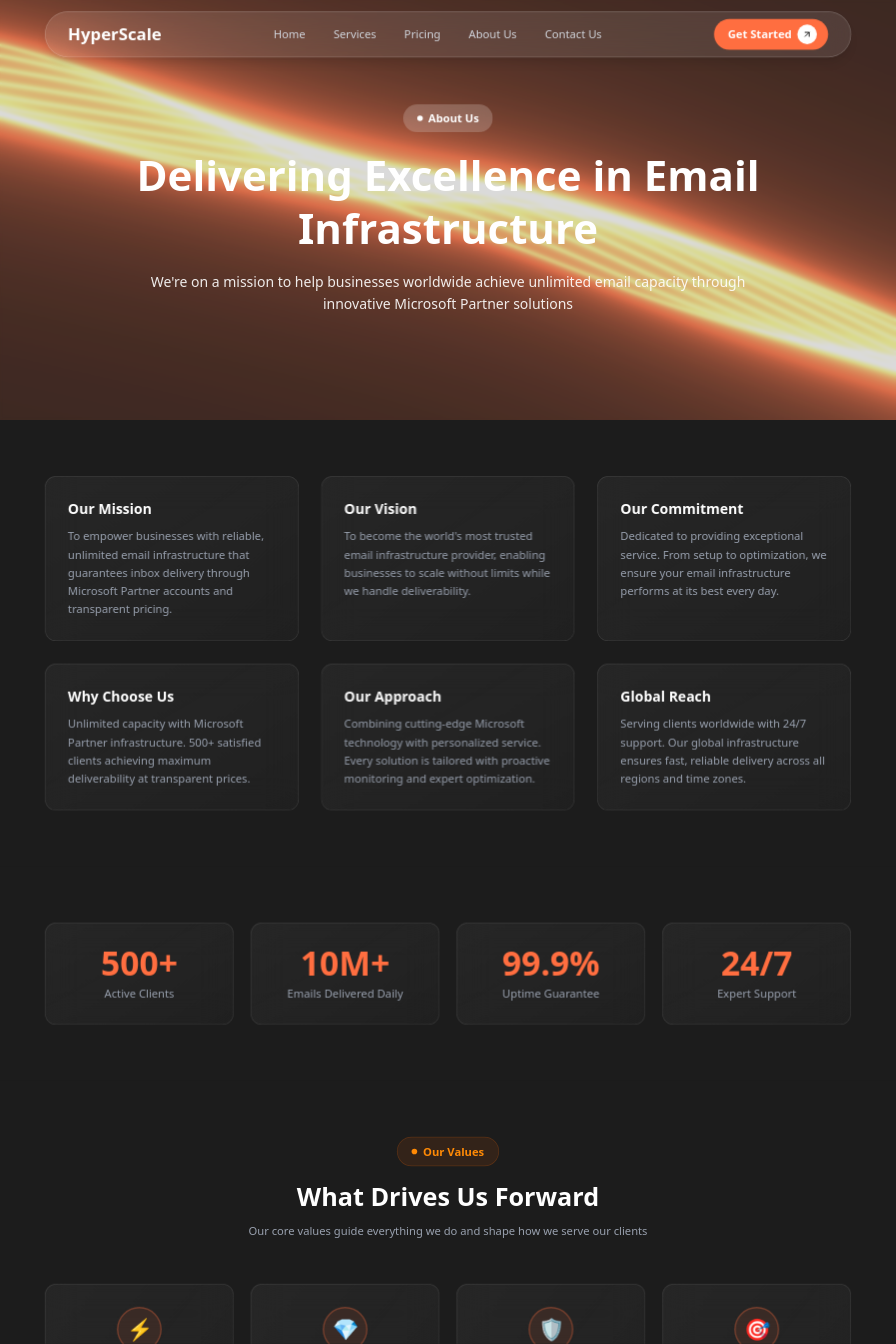
Repository: Ahmadvoltic/hyperscaleinboxes123
Page: /about
The author's editor kept a copy of each file at every save. The page is drawn from the files as they stood at one save, then again after the next save.
The browser window is 1280 px wide. The pictures show the part of the page from y = 0 to 1920 px (the page is 4713 px tall), at 70% of full size.
The project was rebuilt for these pictures with package versions that can differ from the ones it lists, and the page was loaded fresh each time. The framework's server and built-in components were replaced by stand-ins that run in the browser. Also part of the build but not shown: next.config.ts.

Above is the page before, as saved 2025-11-21 21:55:53.

After the next save:
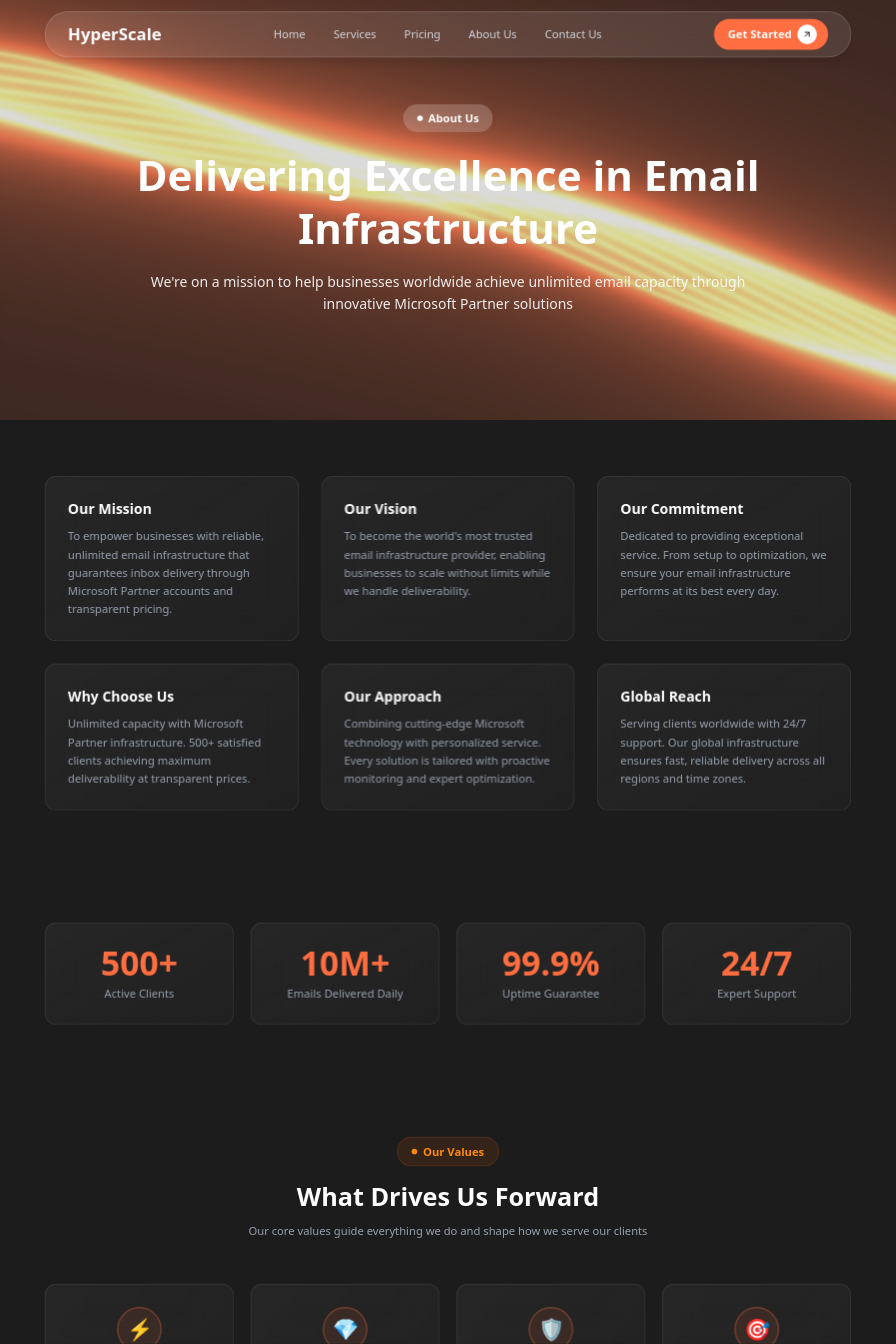
Saved 15 s later.
--- a/app/about/page.tsx
+++ b/app/about/page.tsx
@@ -120,7 +120,9 @@ export default function About() {
         <div className="absolute inset-0">
           <FloatingLines
             lineColor="#ff6e40" // Single color instead of gradient array
-            lineDistance={10}
+            lineDistance={7
+
+            }
             wavePosition={{ x: 5.0, y: 0.0, rotate: 0.2 }}
             animationSpeed={1}
             mixBlendMode="screen"
